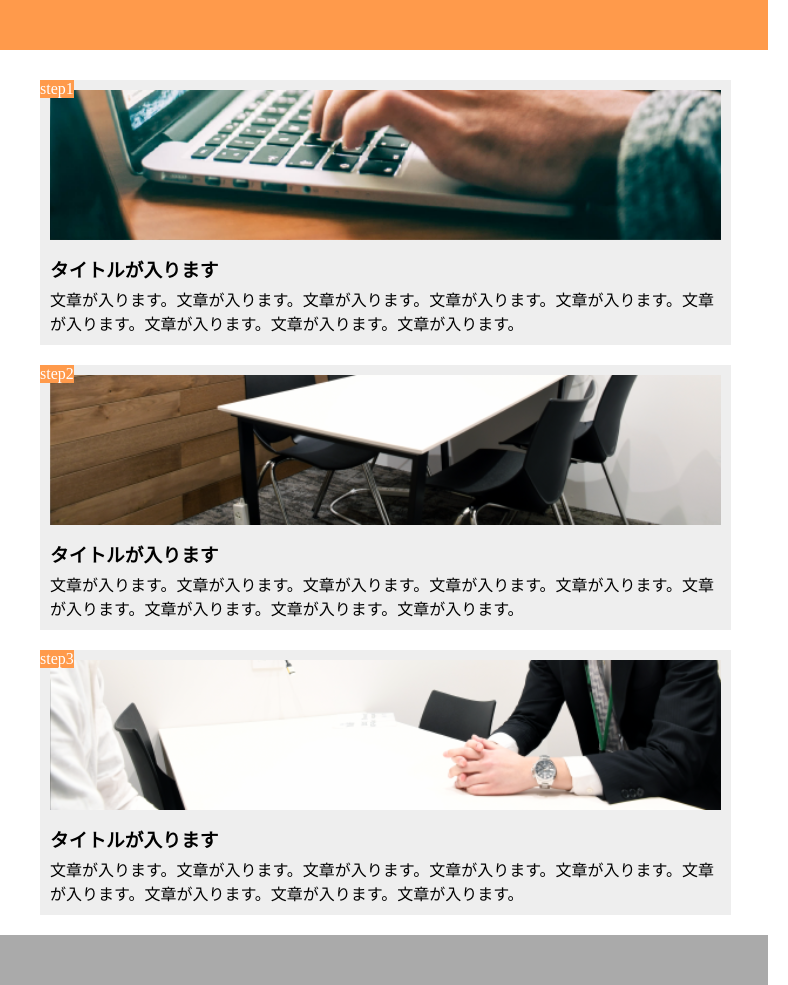
Repository: 0820miyu/kadai1
Page: kadai1.html
The author's editor kept a record of every edit. The page is drawn from the files as they stood at one moment, then again after the next edit.
The browser window is 768 px wide. The page is 788 px wide, so the pictures cover 788 px, including what lies to the right of the window. The pictures show the whole page.

Above is the page before.

### kadai1.html
<!DOCTYPE html>
<html lang="ja">
  <head>
    <meta charset="UTF-8" />

     <meta name="viewport" content="width=device-width,initial-scale=1.0">
    <title>9章演習</title>
    <link rel="stylesheet" href="kadai1.css" />
  </head>

  <body>
    <header></header>
    <main>
      <div class="step-box">
        <div class="step-img1"></div>
        <span class="step-num">step1</span>
        <h3 class="title">タイトルが入ります</h3>
        <p class="text">
          文章が入ります。文章が入ります。文章が入ります。文章が入ります。文章が入ります。文章が入ります。文章が入ります。文章が入ります。文章が入ります。
        </p>
      </div>

      <div class="step-box">
        <div class="step-img2"></div>
        <span class="step-num">step2</span>
        <h3 class="title">タイトルが入ります</h3>
        <p class="text">
          文章が入ります。文章が入ります。文章が入ります。文章が入ります。文章が入ります。文章が入ります。文章が入ります。文章が入ります。文章が入ります。
        </p>
      </div>

      <div class="step-box">
        <div class="step-img3"></div>
        <span class="step-num">step3</span>
        <h3 class="title">タイトルが入ります</h3>
        <p class="text">
          文章が入ります。文章が入ります。文章が入ります。文章が入ります。文章が入ります。文章が入ります。文章が入ります。文章が入ります。文章が入ります。
        </p>
      </div>
    </main>
    <footer></footer>
  </body>
</html>

### kadai1.css

*{
  box-sizing: border-box;
  margin: 0;
  padding: 0;
}

header {
  height: 50px;
  background-color: #ff9a4b;
}

main {
  width: 960px;
  margin: 50px ;
  display: flex;
}

.step-box {
  width: 300px;
  padding: 10px;
  position: relative;
  background-color: #eee;
}



.step-img1 {
  height: 150px;
  background-image:url(img/flow01.png);
  background-position: bottom;
  background-size: cover;
}

.step-img2 {
  height: 150px;
  background-image: url(img/flow02.png);
  background-position: bottom;
  background-size: cover;
}

.step-img3 {
  height: 150px;
  background-image: url(img/flow03.png);
  background-position: bottom;
  background-size: cover;
}

.step-num {
  position: absolute;
  top: 0;
  left: 0;
  background-color: #ff9a4b;
  color: #fff;
}

.title {
  margin: 15px 0 5px;
}

footer {
  height: 50px;
  background-color: #aaa;
}

@media screen and (max-width: 768px) {

  header { width: 100%;
    margin-bottom: 30px;}

  main{display: block;
    width: 100%;
    margin:20px;

.step-box{
  margin:20px;
  width:90%;
}

footer{ width: 100%;
  margin-top: 30px;}
}

After the next edit:
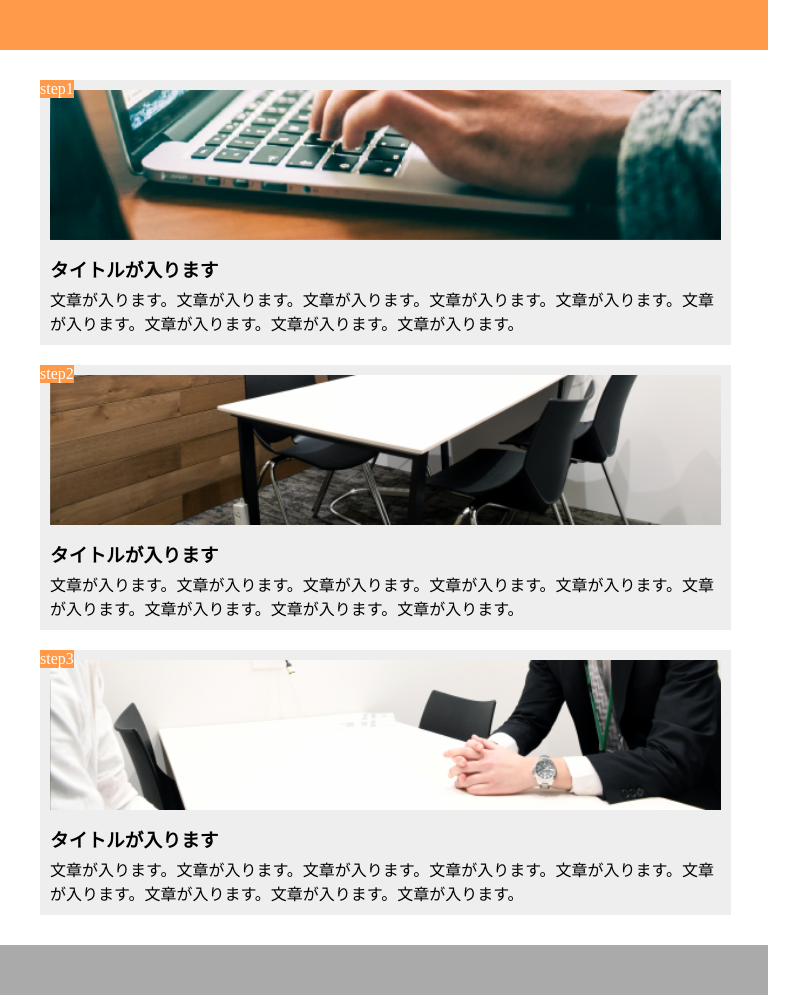
The edit:
--- a/kadai1.css
+++ b/kadai1.css
@@ -70,7 +70,7 @@
 
   main{display: block;
     width: 100%;
-    margin:20px;
+    margin:20px;}
 
 .step-box{
   margin:20px;
